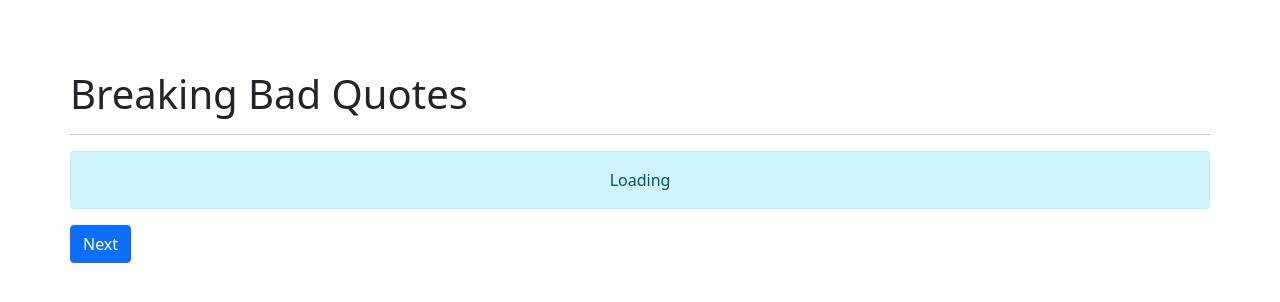
Repository: ppfeliuu/hooks-app
Page: /
The author's editor kept a copy of each file at every save. The page is drawn from the files as they stood at one save, then again after the next save.
The browser window is 1280 px wide. The pictures show the whole page.
The page's requests for data from a server got no answer. The project was rebuilt for these pictures with package versions that can differ from the ones it lists, and the page was loaded fresh each time. No one was signed in, and anything a server would have sent is missing. Also part of the build but not shown: src/components/01-useState/CounterApp.js, src/components/01-useState/CounterWithCustomHook.js, src/hooks/useForm.js, src/components/02-useEffect/FormWithCustomHook.js, src/components/02-useEffect/Message.js, src/components/02-useEffect/SimpleForm.js, src/components/04-useRef/FocusScreen.js, src/components/03-examples/MultipleCustomHooks.js and 3 more.

Above is the page before, as saved 2021-05-29 22:56:46.

### public/index.html
<!DOCTYPE html>
<html lang="en">
  <head>
    <meta charset="utf-8" />
    <link rel="icon" href="%PUBLIC_URL%/favicon.ico" />
    <meta name="viewport" content="width=device-width, initial-scale=1" />
    <meta name="theme-color" content="#000000" />
    <meta
      name="description"
      content="Web site created using create-react-app"
    />
    <link rel="apple-touch-icon" href="%PUBLIC_URL%/logo192.png" />
    <!--
      manifest.json provides metadata used when your web app is installed on a
      user's mobile device or desktop. See https://developers.google.com/web/fundamentals/web-app-manifest/
    -->
    <link rel="manifest" href="%PUBLIC_URL%/manifest.json" />
    <!--
      Notice the use of %PUBLIC_URL% in the tags above.
      It will be replaced with the URL of the `public` folder during the build.
      Only files inside the `public` folder can be referenced from the HTML.

      Unlike "/favicon.ico" or "favicon.ico", "%PUBLIC_URL%/favicon.ico" will
      work correctly both with client-side routing and a non-root public URL.
      Learn how to configure a non-root public URL by running `npm run build`.
    -->
    <link
      href="https://cdn.jsdelivr.net/npm/bootstrap@5.0.1/dist/css/bootstrap.min.css"
      rel="stylesheet"
      integrity="sha384-+0n0xVW2eSR5OomGNYDnhzAbDsOXxcvSN1TPprVMTNDbiYZCxYbOOl7+AMvyTG2x"
      crossorigin="anonymous"
    />
    <title>Hooks App</title>
  </head>
  <body>
    <noscript>You need to enable JavaScript to run this app.</noscript>
    <div id="root"></div>
    <!--
      This HTML file is a template.
      If you open it directly in the browser, you will see an empty page.

      You can add webfonts, meta tags, or analytics to this file.
      The build step will place the bundled scripts into the <body> tag.

      To begin the development, run `npm start` or `yarn start`.
      To create a production bundle, use `npm run build` or `yarn build`.
    -->
  </body>
</html>

### src/index.js
import React from "react";
import ReactDOM from "react-dom";
import { CounterApp } from "./components/01-useState/CounterApp";
import { CounterWithCustomHook } from "./components/01-useState/CounterWithCustomHook";
import { FormWithCustomHook } from "./components/02-useEffect/FormWithCustomHook";
import { SimpleForm } from "./components/02-useEffect/SimpleForm";
import { FocusScreen } from "./components/04-useRef/FocusScreen";
import { RealExampleRef } from "./components/04-useRef/RealExampleRef";
import { LayoutEffects } from "./components/05-useLayoutEffect/LayoutEffect";
import { MultipleCustomHooks } from "./components/examples/MultipleCustomHooks";
import { HookApp } from "./HookApp";

ReactDOM.render(<LayoutEffects />, document.getElementById("root"));

### src/components/05-useLayoutEffect/LayoutEffect.js
import React from "react";
import { useCounter } from "../../hooks/useCounter";
import { useFetch } from "../../hooks/useFetch";
import "../02-useEffect/effects.css";

export const LayoutEffects = () => {
  const { counter, increment } = useCounter(1);
  const { loading, data } = useFetch(
    `https://www.breakingbadapi.com/api/quotes/${counter}`
  );
  // console.log(state);

  const { author, quote } = !!data && data[0];

  return (
    <div>
      <h1>Breaking Bad Quotes</h1>
      <hr />

      {loading ? (
        <div className="alert alert-info text-center">Loading</div>
      ) : (
        <blockquote className="blockquote text-right">
          <p className="mb-2">{quote}</p>
          <footer className="blockquote-footer">{author}</footer>
        </blockquote>
      )}

      <button className="btn btn-primary" onClick={increment}>
        Next
      </button>
    </div>
  );
};

### src/hooks/useCounter.js
import { useState } from "react";

export const useCounter = (initialState = 1) => {
  const [counter, setCounter] = useState(initialState);

  const increment = () => {
    setCounter(counter + 1);
  };

  const decrement = () => {
    setCounter(counter - 1);
  };

  const reset = () => {
    setCounter(initialState);
  };

  return {
    counter,
    increment,
    decrement,
    reset,
  };
};

### src/hooks/useFetch.js
import { useEffect, useRef, useState } from "react";

export const useFetch = (url) => {
  const isMounted = useRef(true);

  const [state, setstate] = useState({
    data: null,
    loading: true,
    error: null,
  });

  useEffect(() => {
    return () => {
      isMounted.current = false;
    };
  }, []);

  useEffect(() => {
    setstate({ data: null, loading: true, error: null });
    fetch(url)
      .then((resp) => resp.json())
      .then((data) => {
        if (isMounted.current) {
          setstate({
            loading: false,
            error: null,
            data: data,
          });
        }
      });
  }, [url]);

  return state;
};

Loaded but not shown: src/components/01-useState/counter.css (common file); src/components/02-useEffect/effects.css (common file)

After the next save:
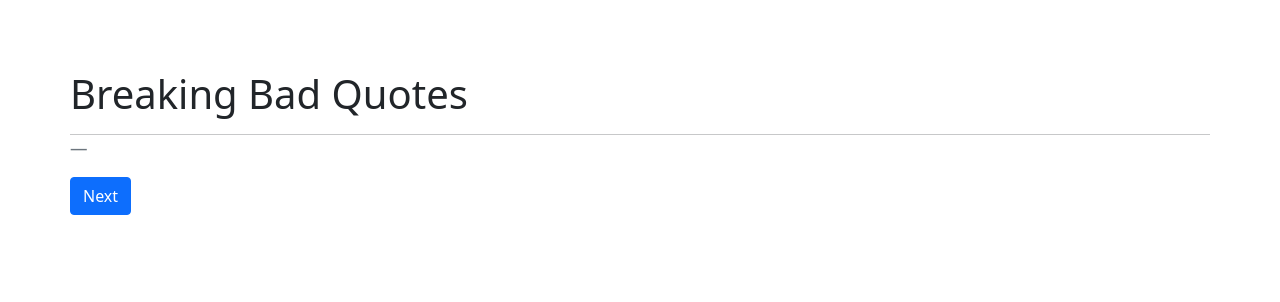
Saved 22 s later.
--- a/src/components/05-useLayoutEffect/LayoutEffect.js
+++ b/src/components/05-useLayoutEffect/LayoutEffect.js
@@ -17,14 +17,10 @@
       <h1>Breaking Bad Quotes</h1>
       <hr />
 
-      {loading ? (
-        <div className="alert alert-info text-center">Loading</div>
-      ) : (
-        <blockquote className="blockquote text-right">
-          <p className="mb-2">{quote}</p>
-          <footer className="blockquote-footer">{author}</footer>
-        </blockquote>
-      )}
+      <blockquote className="blockquote text-right">
+        <p className="mb-2">{quote}</p>
+        <footer className="blockquote-footer">{author}</footer>
+      </blockquote>
 
       <button className="btn btn-primary" onClick={increment}>
         Next
